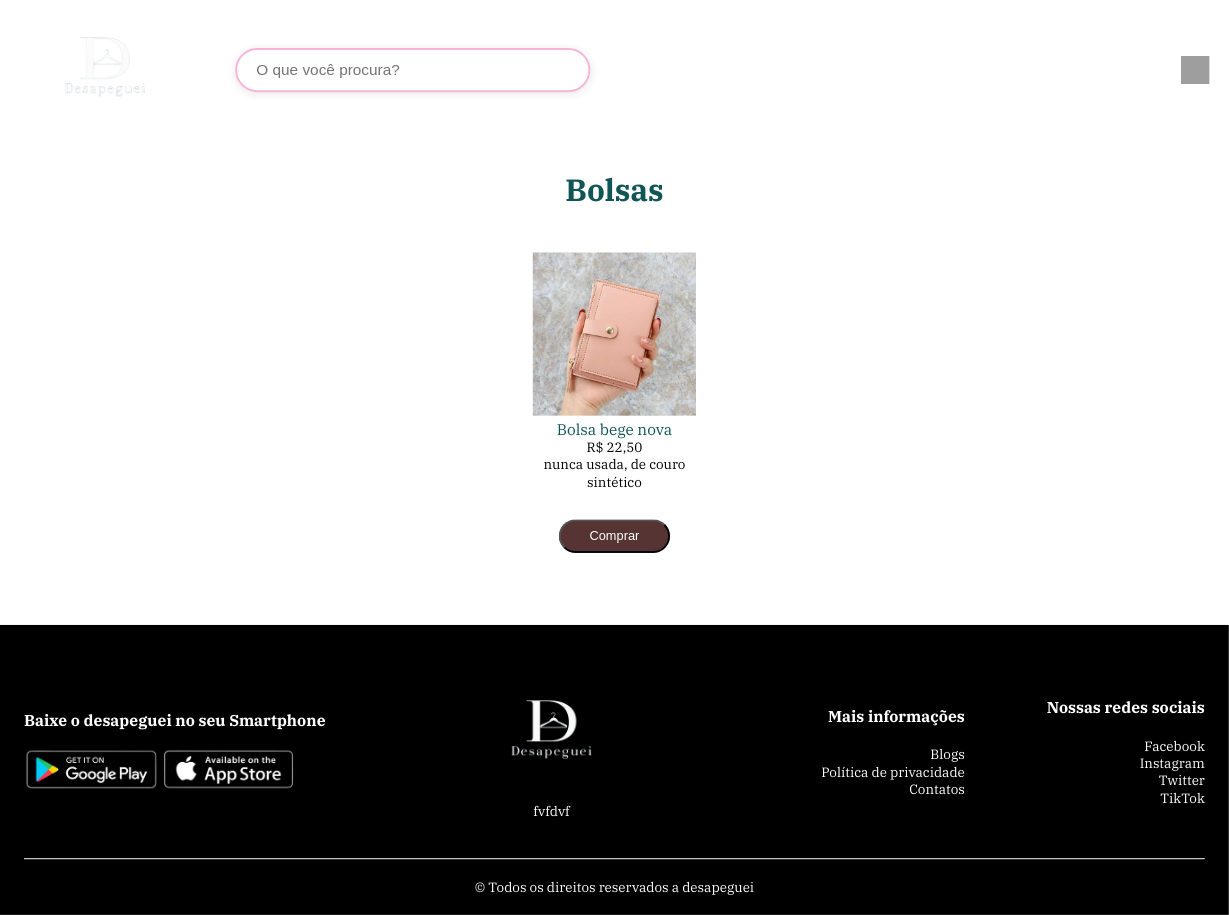
Repository: lanai-giani/Desapeguei
Page: http://localhost/desapeguei/categorias/bolsas.php
An editor plug-in stored every save of this project. The page is shown before and after the next save, followed by the edit.
The browser window is 1280 px wide. The pictures show the whole page, at 96% of full size.
Pictures or frames that could not be fetched are drawn as grey boxes. The page is run by PHP 8.4 with error messages shown; the project is at /var/www/html/. The database holds what the project's SQL file puts in it.

Above is the page before, as saved 2025-06-27 18:35:19.

After the next save:
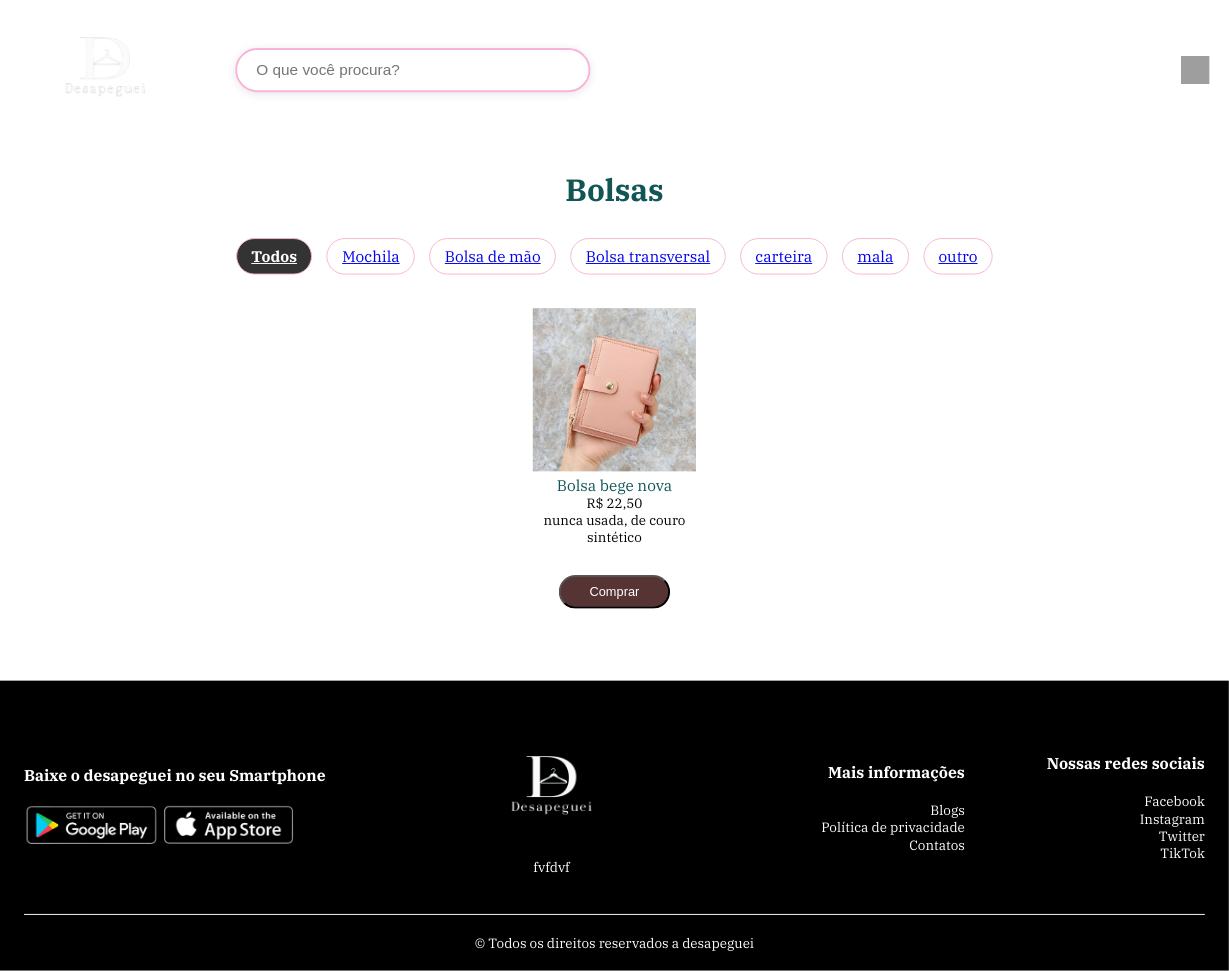
Saved 10 min 37 s later.
--- a/categorias/bolsas.php
+++ b/categorias/bolsas.php
@@ -3,11 +3,19 @@
 require_once __DIR__ . '/../php/conexao.php';
 
 $categoria = 'bolsas';
+$subcategoria = $_GET['subcategoria'] ?? '';
 
-$stmt = $pdo->prepare("SELECT * FROM anuncios WHERE categoria = ?");
-$stmt->execute([$categoria]);
+if ($subcategoria) {
+    $stmt = $pdo->prepare("SELECT * FROM anuncios WHERE categoria = ? AND subcategoria = ?");
+    $stmt->execute([$categoria, $subcategoria]);
+} else {
+    $stmt = $pdo->prepare("SELECT * FROM anuncios WHERE categoria = ?");
+    $stmt->execute([$categoria]);
+}
+
 $anuncios = $stmt->fetchAll();
 ?>
+
 <!DOCTYPE html>
 <html lang="pt-br">
 <head>
@@ -47,7 +55,15 @@
 
     <div class="container">
         <h1 class="titulo-categoria">Bolsas</h1>
-
+        <div class="filtros">
+            <a href="bolsas.php" class="btn-filtro <?= empty($_GET['subcategoria']) ? 'ativo' : '' ?>">Todos</a>
+            <a href="bolsas.php?subcategoria=mochila" class="btn-filtro <?= ($_GET['subcategoria'] ?? '') === 'mochila' ? 'ativo' : '' ?>">Mochila</a>
+            <a href="bolsas.php?subcategoria=bolsa_de_mao" class="btn-filtro <?= ($_GET['subcategoria'] ?? '') === 'bolsa_de_mao' ? 'ativo' : '' ?>">Bolsa de mão</a>
+            <a href="bolsas.php?subcategoria=bolsa_transversal" class="btn-filtro <?= ($_GET['subcategoria'] ?? '') === 'bolsa_transversal' ? 'ativo' : '' ?>">Bolsa transversal</a>
+            <a href="bolsas.php?subcategoria=carteira" class="btn-filtro <?= ($_GET['subcategoria'] ?? '') === 'carteira' ? 'ativo' : '' ?>">carteira</a>
+            <a href="bolsas.php?subcategoria=mala" class="btn-filtro <?= ($_GET['subcategoria'] ?? '') === 'mala' ? 'ativo' : '' ?>">mala</a>
+            <a href="bolsas.php?subcategoria=outro" class="btn-filtro <?= ($_GET['subcategoria'] ?? '') === 'outro' ? 'ativo' : '' ?>">outro</a>
+        </div>
         <div class="linha produtos-container">
             <?php if (count($anuncios) > 0): ?>
                 <?php foreach ($anuncios as $anuncio): ?>
